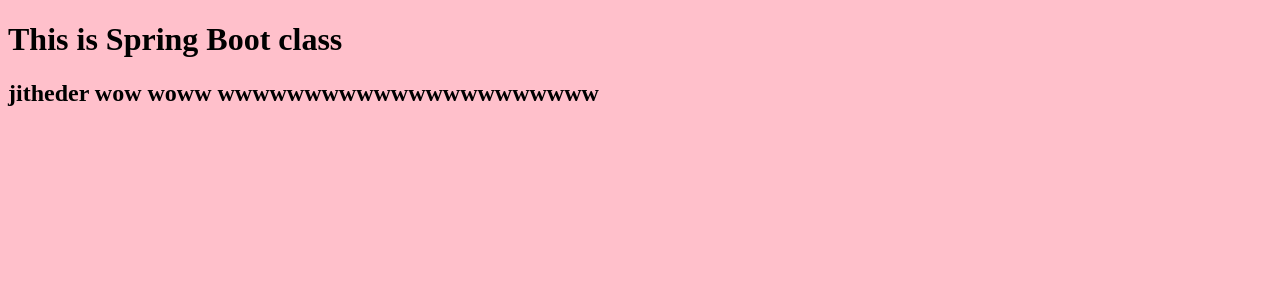
Repository: acharikammari/springprograms
Page: Springbootex/src/main/webapp/data.html
The author's editor kept a copy of each file at every save. The page is drawn from the files as they stood at one save, then again after the next save.
The browser window is 1280 px wide. The pictures show the whole page.

Above is the page before, as saved 2024-03-19 09:56:00.

After the next save:
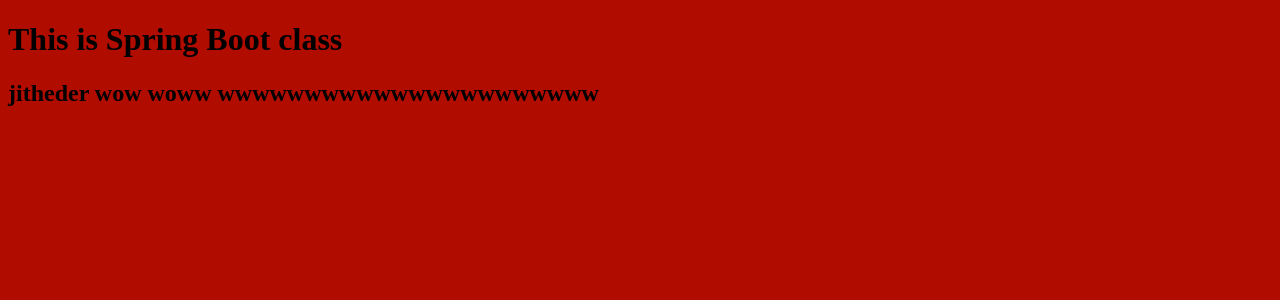
Saved 14 s later.
--- a/Springbootex/src/main/webapp/data.html
+++ b/Springbootex/src/main/webapp/data.html
@@ -4,7 +4,7 @@
 <meta charset="UTF-8">
 <title>Insert title here</title>
 </head>
-<body bgcolor="pink">
+<body bgcolor="block">
 	<h1>This is Spring Boot class</h1>
 	<h2>jitheder wow woww wwwwwwwwwwwwwwwwwwwwww</h2>
 </body>
